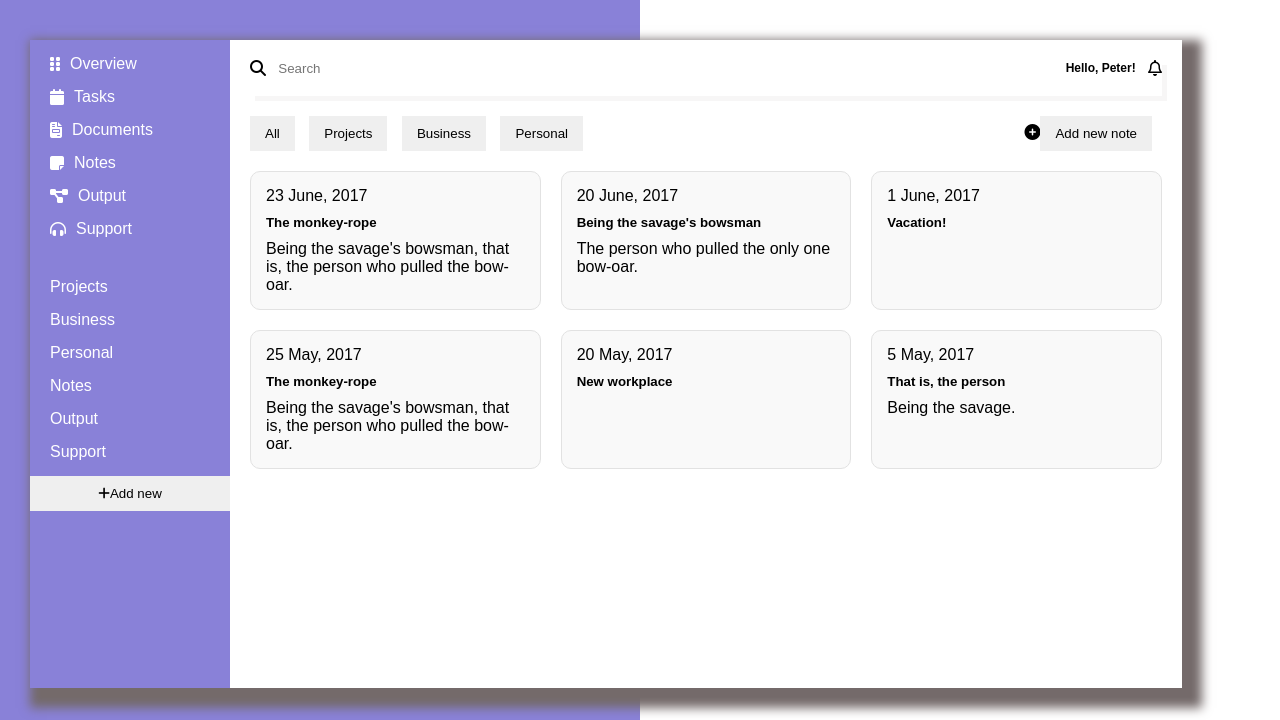
Repository: SatenikGabrielyan/HTML_CSS-_Assignment
Page: index.html
The author's editor kept a copy of each file at every save. The page is drawn from the files as they stood at one save, then again after a run of saves.
The browser window is 1280 px wide. The pictures show the whole page.
Some web libraries are served in a nearby version.

Above is the page before, as saved 2025-03-18 00:20:19.

After the next 4 saves:
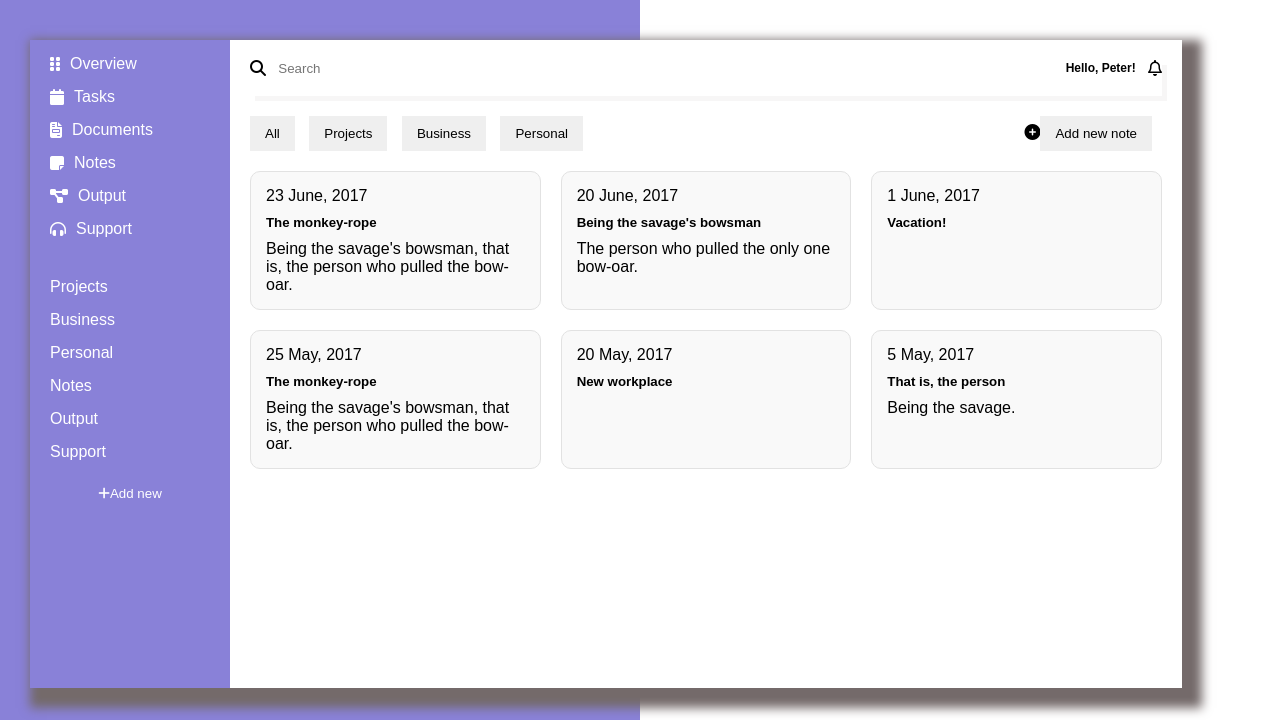
The 4 saves are shown as one change because they came seconds apart.
The last was saved 11 s later.
--- a/style.css
+++ b/style.css
@@ -264,7 +264,7 @@
 } */
 
 .add-new {
-    var(--primary-color)
+    background-color: var(--primary-color);
     color: white;
     border: none;
     padding: 10px;
